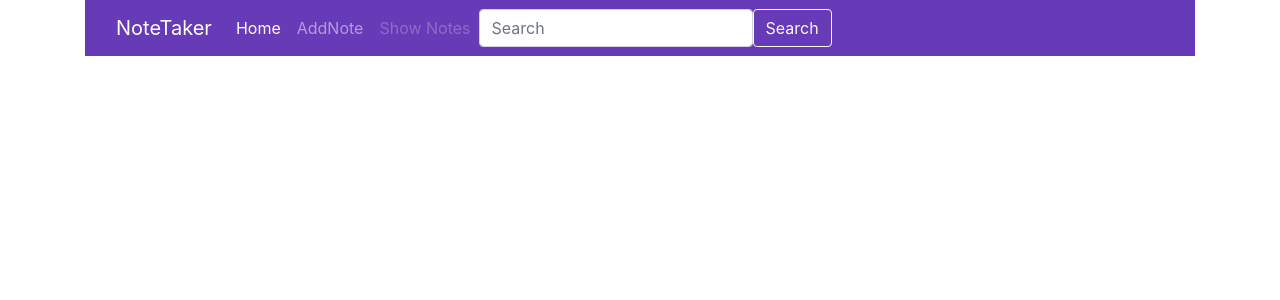
Repository: Mayank-SDE/Projects
Page: http://localhost/NoteTakerTodoApp/all_notes.jsp
These files come from the project's save history. The page is drawn as it stood at one moment and after the next save; the edit follows.
The browser window is 1280 px wide. The pictures show the whole page.
Some web libraries are served in a nearby version. The page is served by Tomcat 9.

Above is the page before, as saved 2022-02-10 16:34:18.

After the next save:
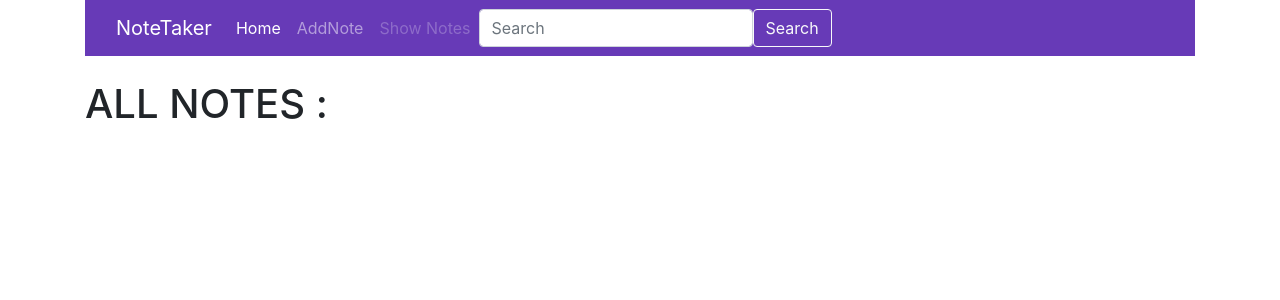
Saved 40 s later.
--- a/NoteTaker/NoteTakerTodoApp/src/main/webapp/all_notes.jsp
+++ b/NoteTaker/NoteTakerTodoApp/src/main/webapp/all_notes.jsp
@@ -11,9 +11,9 @@
 <body>
 
 <div class="container">
-
 <%@ include file="navbar.jsp"%>
-
+   <br>
+   <h1 class="text-uppercase">All Notes :</h1>
 </div>
 </body>
 </html>
